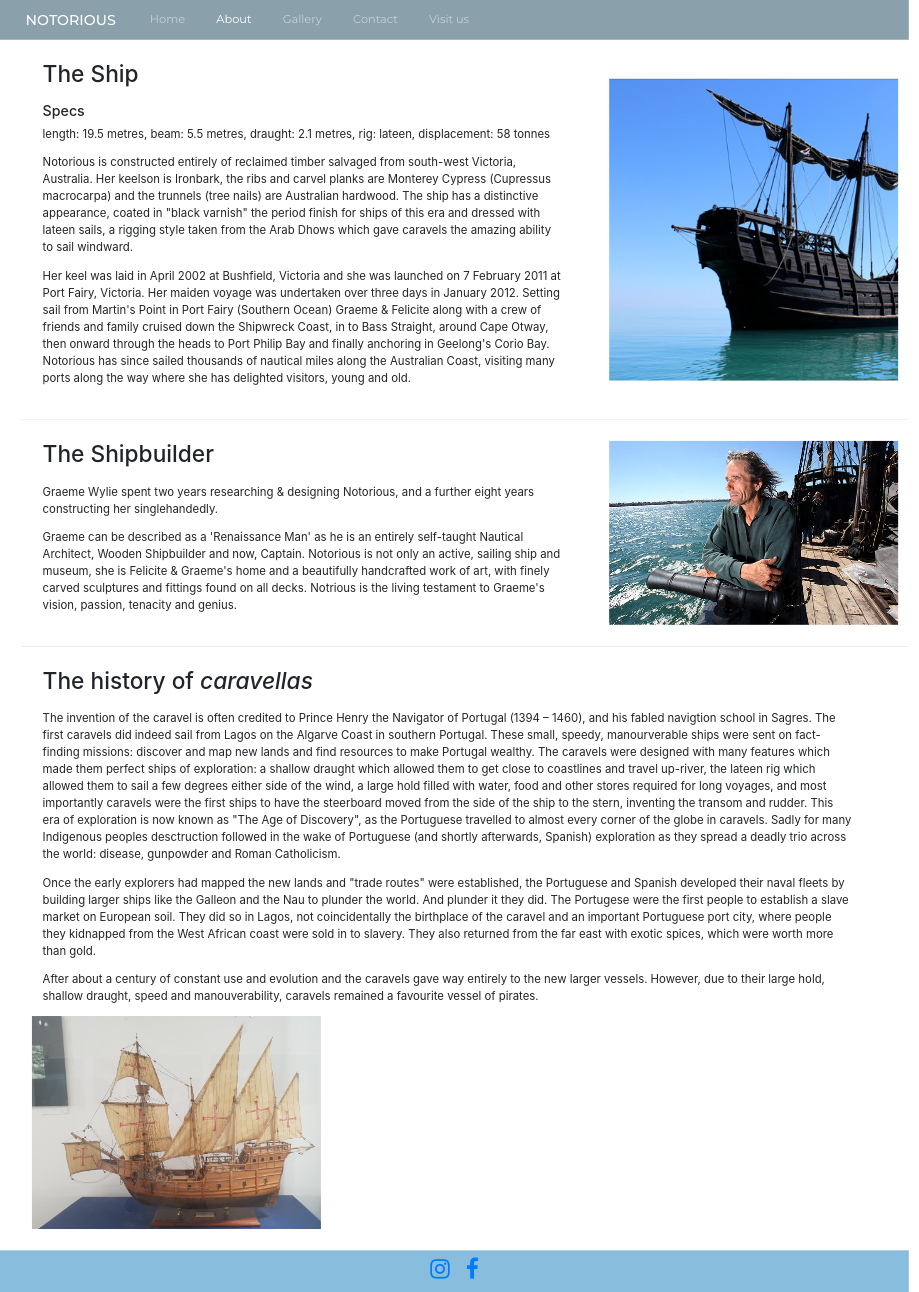
Repository: TSRose/NotorioustheShip
Page: about.html
The author's editor kept a record of every edit. The page is drawn from the files as they stood at one moment, then again after the next edit.
The browser window is 1280 px wide. The page is 1295 px wide, so the pictures cover 1295 px, including what lies to the right of the window. The pictures show the whole page, at 71% of full size.

Above is the page before.

### about.html
<!DOCTYPE html>
<html lang="en">

<head>
    <meta charset="UTF-8">
    <meta name="viewport" content="width=device-width, initial-scale=1.0">
    <meta http-equiv="X-UA-Compatible" content="ie=edge">
    <link rel="stylesheet" href="https://stackpath.bootstrapcdn.com/bootstrap/4.3.1/css/bootstrap.min.css" type="text/css" />
    <link rel="stylesheet" href="https://stackpath.bootstrapcdn.com/font-awesome/4.7.0/css/font-awesome.min.css">
    <link rel="stylesheet" href="assets/css/style.css" type="text/css">

    <title>Notorious the Ship</title>
</head>

<body>
    <nav class="navbar navbar-dark navbar-expand-md">
        <a href="index.html" class="navbar-brand">NOTORIOUS</a>
        <button class="navbar-toggler ml-auto" type="button" data-toggle="collapse" data-target="#navbarNavDropdown" aria-controls="navbarNavDropdown" aria-expanded="false" aria-label="Toggle navigation">
      <span class="navbar-toggler-icon"></span></button>
        <div class="collapse navbar-collapse" id="navbarNavDropdown">
            <ul class="navbar-nav mr-auto">
                <li class="nav-item mr-2"><a class="nav-link" href="index.html">Home</a></li>
                <li class="active nav-item mr-2"><a class="nav-link" href="about.html">About</a></li>
                <li class="nav-item mr-2"><a class="nav-link" href="gallery.html">Gallery</a></li>
                <li class="nav-item mr-2"><a class="nav-link" href="contact.html">Contact</a></li>
                <li class="nav-item mr-2"><a class="nav-link" href="open.html">Visit us</a></li>
            </ul>
        </div>
    </nav>

    <!-------------------article-->

    <div class="about-container container-fluid">
        <div class="article-container">
            <div class="row">
                <div class="col-8 d-md-block">
                    <div class="theship article-wrapper">
                        <h2>The Ship</h2>
                        <h5>Specs</h5>
                        <p>length: 19.5 metres, beam: 5.5 metres, draught: 2.1 metres, rig: lateen, displacement: 58 tonnes</p>
                        <p>Notorious is constructed entirely of reclaimed timber salvaged from south-west Victoria, Australia. Her keelson is Ironbark, the
                        ribs and carvel planks are Monterey Cypress (Cupressus macrocarpa) and the trunnels (tree nails) are Australian hardwood. The ship has
                        a distinctive appearance, coated in "black varnish" the period finish for ships of this era and dressed with lateen sails, a rigging
                        style taken from the Arab Dhows which gave caravels the amazing ability to sail windward.</p>
                        <p>Her keel was laid in April 2002 at Bushfield, Victoria and she was launched on 7 February 2011 at Port Fairy, Victoria. Her maiden
                        voyage was undertaken over three days in January 2012. Setting sail from Martin's Point in Port Fairy (Southern Ocean) Graeme & Felicite
                        along with a crew of friends and family cruised down the Shipwreck Coast, in to Bass Straight, around Cape Otway, then
                        onward through the heads to Port Philip Bay and finally anchoring in Geelong's Corio Bay. Notorious has since sailed
                        thousands of nautical miles along the Australian Coast, visiting many ports along the way where she has delighted visitors, young and old.</p>
                    </div>
                </div>
                <div class="col-4 theshipimage image-fluid">
                </div>
            </div>
        </div>
        <hr>
        <div class="article-container">
            <div class="row">
                <div class="col-8 d-md-block">
                    <div class="thebuilder article-wrapper">
                        <h2>The Shipbuilder</h2>
                        <p>Graeme Wylie spent two years researching & designing Notorious, and a further eight years constructing her singlehandedly. </p>
                        <p>Graeme can be described as a 'Renaissance Man' as he is an entirely self-taught Nautical Architect, Wooden Shipbuilder and now, Captain.
                        Notorious is not only an active, sailing ship and museum, she is Felicite & Graeme's home and a beautifully handcrafted work of art, with finely carved sculptures and fittings
                        found on all decks. Notrious is the living testament to Graeme's vision, passion, tenacity and genius.</p>
                    </div>
                </div>
                <div class="col-4 thebuilderimage image-fluid">
                </div>
            </div>
        </div>
        <hr>
        <div class="article-container">
            <div class="row">
                <div class="col-12  d-md-block">
                    <div class="thehistory article-wrapper">
                        <h2>The history of <em>caravellas</em></h2>
                        <p>The invention of the caravel is often credited to Prince Henry the Navigator of Portugal (1394 – 1460), and his fabled navigtion school in Sagres. The
                        first caravels did indeed sail from Lagos on the Algarve Coast in southern Portugal. These small, speedy, manourverable ships were sent on fact-finding missions:
                        discover and map new lands and find resources to make Portugal wealthy. The caravels were designed with many features which made them perfect ships of exploration: a shallow
                        draught which allowed them to get close to coastlines and travel up-river, the lateen rig which allowed them to sail a few degrees either side of the wind,
                        a large hold filled with water, food and other stores required for long voyages, and most importantly caravels were the first ships to have the steerboard moved from the
                        side of the ship to the stern, inventing the transom and rudder. This era of exploration is now known as "The Age of Discovery", as the Portuguese travelled to almost every corner of the globe
                        in caravels. Sadly for many Indigenous peoples desctruction followed in the wake of Portuguese (and shortly afterwards, Spanish) exploration as they
                        spread a deadly trio across the world: disease, gunpowder and Roman Catholicism.</p>
                        <p>Once the early explorers had mapped the new lands and "trade routes" were established, the Portuguese and Spanish developed their naval fleets by building larger ships like the Galleon and the Nau
                        to plunder the world. And plunder it they did. The Portugese were the first people to establish a slave market on European soil. They did so in Lagos, not coincidentally the birthplace of the caravel
                        and an important Portuguese port city, where people they kidnapped from the West African coast were sold in to slavery. They also returned from the far east with exotic spices, which were worth more than
                        gold.</p>
                        <p>After about a century of constant use and evolution and the caravels gave way entirely to the new larger vessels.
                        However, due to their large hold, shallow draught, speed and manouverability, caravels remained a favourite vessel of pirates.</p>
                    </div>
                </div>
                <div class="col-4 thehistoryimage image-fluid">
                </div>
            </div>
        </div>
    </div>

    <!---------------------------footer----->
    <footer class="container-fluid footer">
        <div id="footer-details" class="row">
            <div class="col-12">
                <ul class="list-inline social-links">
                    <li class="list-inline-item">
                        <a target="_blank" href="http://instagram.com/notorioustheship">
                        <i class="fa fa-instagram fa-2x" aria-hidden="true"></i>
                        <span class="sr-only">Instagram</span>
                        </a>
                    </li>
                    <li class="list-inline-item">
                        <a target="_blank" href="http://facebook.com/notorioustheship">
                        <i class="fa fa-facebook fa-2x" aria-hidden="true"></i>
                        <span class="sr-only">Facebook</span>
                        </a>
                    </li>
                </ul>
            </div>
        </div>
    </footer>

    <script src="https://code.jquery.com/jquery-3.3.1.slim.min.js" integrity="sha384-q8i/X+965DzO0rT7abK41JStQIAqVgRVzpbzo5smXKp4YfRvH+8abtTE1Pi6jizo" crossorigin="anonymous"></script>
    <script src="https://cdnjs.cloudflare.com/ajax/libs/popper.js/1.14.7/umd/popper.min.js" integrity="sha384-UO2eT0CpHqdSJQ6hJty5KVphtPhzWj9WO1clHTMGa3JDZwrnQq4sF86dIHNDz0W1" crossorigin="anonymous"></script>
    <script src="https://stackpath.bootstrapcdn.com/bootstrap/4.3.1/js/bootstrap.min.js" integrity="sha384-JjSmVgyd0p3pXB1rRibZUAYoIIy6OrQ6VrjIEaFf/nJGzIxFDsf4x0xIM+B07jRM" crossorigin="anonymous"></script>

</body>

</html>

### assets/css/style.css
@import url('https://fonts.googleapis.com/css?family=Montserrat:100,200,300,400,500,600,700|Roboto:100,200,300,400,500,600,700');

body {
    margin: 10;
    padding: 0;
}

header {
    margin: 0;
}

.footer {
    background-color: #89bddd;
    border-color: #89bddd;
}

h2 {
    margin-bottom: 20px;
}

/*-------------------------------- navbar */

.navbar-brand {
    font-family: "Montserrat", sans-serif;
    color: #fafafa;
    margin: 0 20px;
    font-weight: 500;
}

.nav-item {
    color: #fafafa;
    font-family: "Montserrat", sans-serif;
    margin: 0 20px;
}

.list-inline {
    text-align: center;
}

.navbar {
    color: #aaa;
    background-color: #8aa0aa;
    margin-bottom: 0;
    border: 0;
    width: 100%;
}

.navbar .navbar-toggler {
    border: 0;
}

/*---------------------------------Landing ----*/

.landing-container {
    height: 100VH;
    background: url("../images/notorious_portdouglas_xsm_crop.jpg") no-repeat center center fixed;
    -webkit-background-size: cover;
    -moz-background-size: cover;
    -o-background-size: cover;
    background-size: cover;
    display: flex;
    align-items: center;
    justify-content: center;
    position: relative;
}

@media (min-width: 576px) {
    .landing-container {
        background: url("../images/notorious_portdouglas_sm_crop.jpg") no-repeat center right fixed;
    }
    .
}

@media (min-width: 768px) {
    .landing-container {
        background: url("../images/notorious_portdouglas_md_crop.jpg") no-repeat center right fixed;
    }
}

@media (min-width: 992px) {
    .landing-container {
        background: url("../images/notorious_portdouglas.PNG") no-repeat center left fixed;
    }
}

.text-uppercase {
    text-transform: uppercase;
}

.landing-subheading {
    padding: 0 0px;
    text-align: left;
}

/*--------------------------------Jumbotron*/

.absolute {
    position: absolute;
    height: 100VH;
    width: 100VW;
    padding: 7%;
}

.jumbotron {
    background-color: transparent;
    padding: 0;
    color: #fafafa;
    height: 100VH;
}

.jumbotron-header {
    font-weight: bold;
    margin-bottom: 35px;
    margin: 50px;
    text-transform: capitalize;
    padding: 50px;
}


/*--------------------------------------- contact form*/

.contact-heading {
    font-family: "Montserrat", sans-serif;
    font-weight: 200;
    margin-top: 25px;
    margin-bottom: 20px;
}

.center-form {
    padding-top: 10px;
    margin: 0 auto;
    max-width: 70%;
}

button[type="submit"] {
    margin-top: 15px;
    margin-bottom: 20px;
    color: #fafafa;
    background-color: #3498db;
}

.col .btn {
    padding: 0 15;
}

@media(max-width: 991px) {
    .center-form {
        padding-top: 30px;
        min-height: 240px;
        margin: 0 auto;
        max-width: 70%;
    }
}

@media(min-width: 992px) {
    .center-form {
        padding-top: 30px;
        min-height: 240px;
        margin: 0 auto;
        max-width: 50%;
    }
}

@media(min-width: 992px) {
    .contact-heading {
        font-family: "Montserrat", sans-serif;
        font-weight: 400;
        margin-top: 25px;
        margin-bottom: 20px;
    }
}

/*-----------------------------------About*/

.about-container {
    margin: 15px;
}

.article-wrapper {
    margin-right: 50px;
}

.theshipimage {
    background: url("../images/notorious_on_anchor.PNG");
    background-position: left;
    background-repeat: no-repeat;
    display: inline-block;
    width: 300px;
    height: auto;
    transition: all .5s ease-in-out;
    -moz-transition: all .5s ease-in-out;
    -webkit-transition: all .5s ease-in-out;
    margin: 0 15;
}

.thebuilderimage {
    background: url("../images/graemewylie.jpg");
    background-position: left;
    background-repeat: no-repeat;
    background-size: cover;
    display: block;
    width: 300px;
    height: auto;
    transition: all .5s ease-in-out;
    -moz-transition: all .5s ease-in-out;
    -webkit-transition: all .5s ease-in-out;
}

.thehistoryimage {
    background: url("../images/portuguesecaravelmodel.jpg");
    background-position: left;
    background-repeat: no-repeat;
    background-size: cover;
    display: block;
    width: auto;
    height: 300px;
    max-height: 300px;
    transition: all .5s ease-in-out;
    -moz-transition: all .5s ease-in-out;
    -webkit-transition: all .5s ease-in-out;
}

.article-container {
    margin: 30px;
}


/*-----------------------------------Buttons*/

.btn--learnmore {
    font-weight: bold;
    font-size: small;
    border-radius: 23px;
    width: 180px;
}


.btn--learnmore:hover,
.but--learnmore:active,
.btn--learnmore:focus,
.btn--learnmore:active:focus {
    background-color: #89bddd;
    border-color: #89bddd;
}

/*-----------------------------------Footer*/

.social-links {
    margin-top: 10px;
    padding-bottom: 0px;
}

.list-inline-item {
    padding-left: 5px;
    padding-right: 5px;
}

After the next edit:
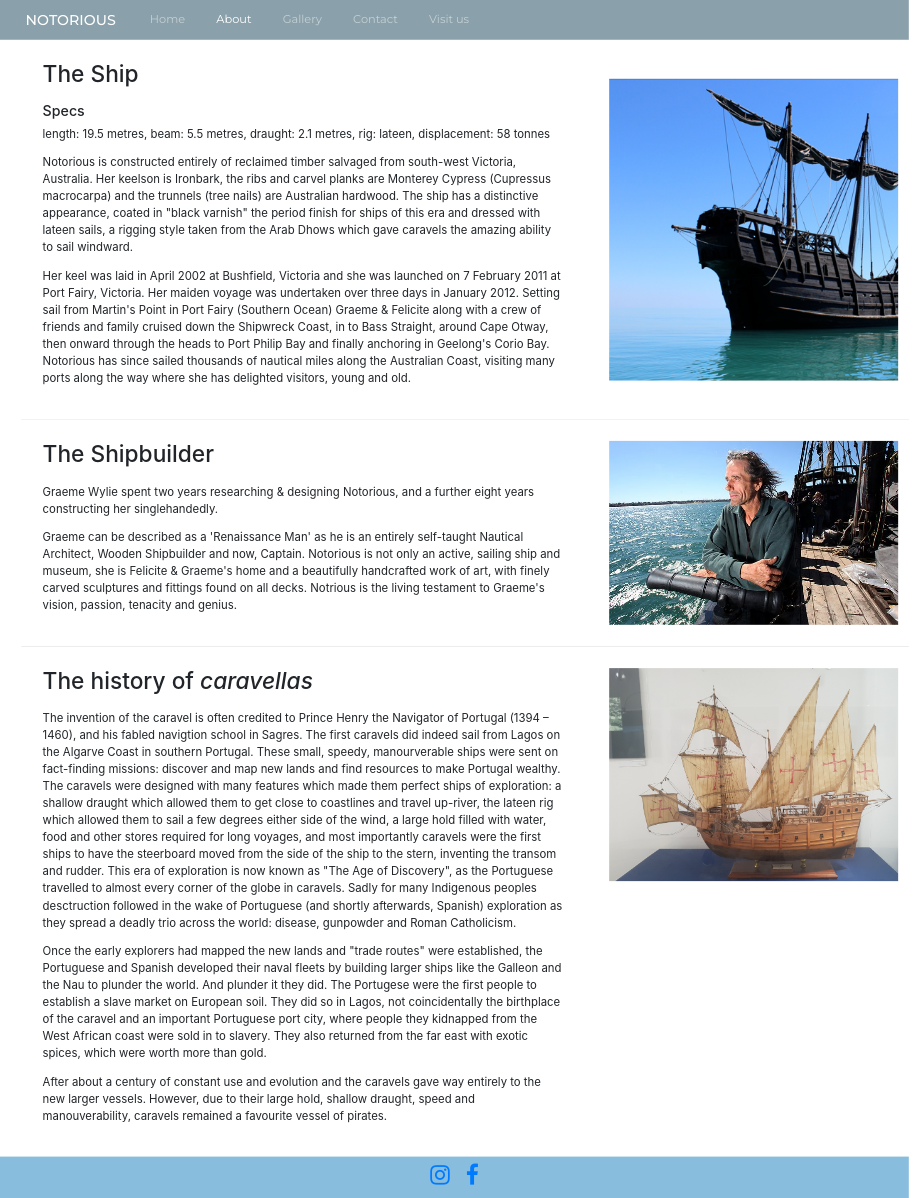
The edit:
--- a/about.html
+++ b/about.html
@@ -72,7 +72,7 @@
         <hr>
         <div class="article-container">
             <div class="row">
-                <div class="col-12  d-md-block">
+                <div class="col-8  d-md-block">
                     <div class="thehistory article-wrapper">
                         <h2>The history of <em>caravellas</em></h2>
                         <p>The invention of the caravel is often credited to Prince Henry the Navigator of Portugal (1394 – 1460), and his fabled navigtion school in Sagres. The
